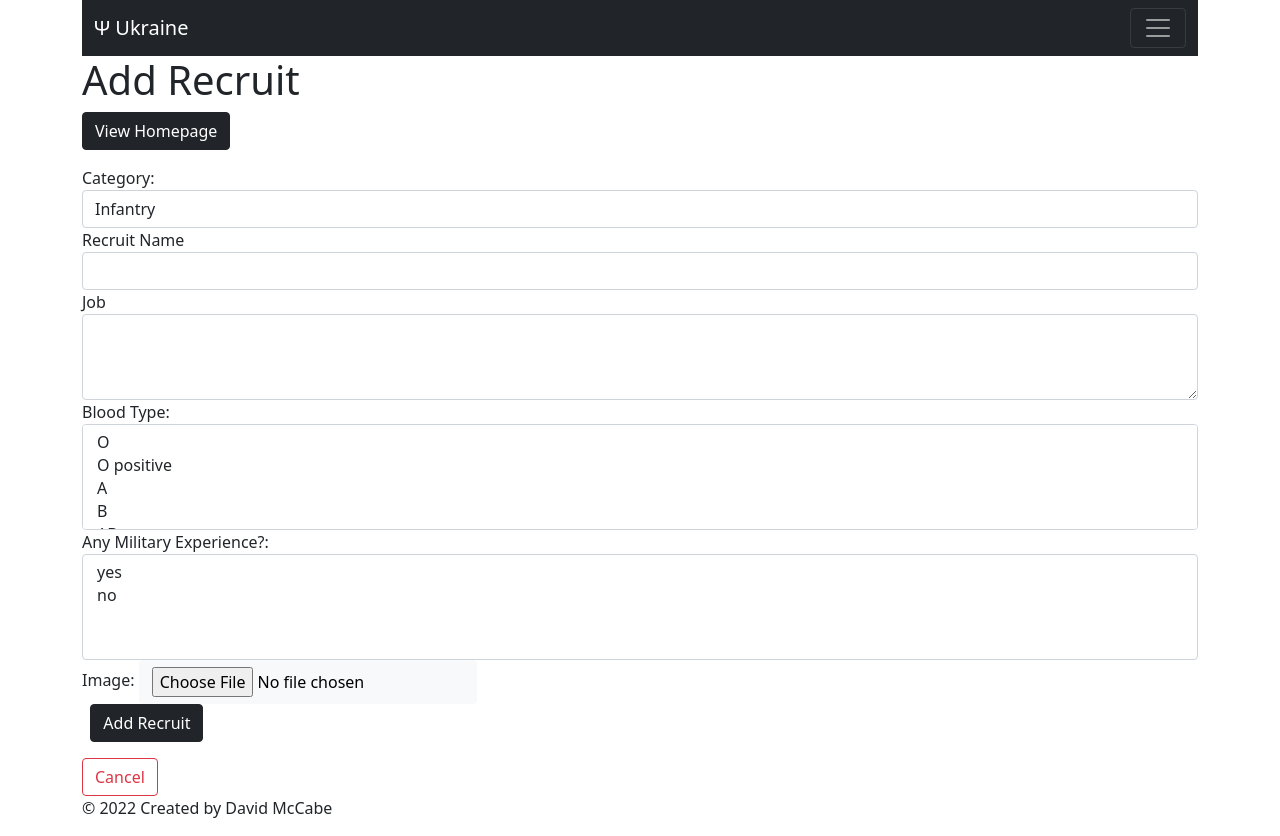
Repository: davidDKIT/ca2-davidmccabe-php
Page: http://localhost/add_record_form.php
An editor plug-in stored every save of this project. The page is shown before and after the next save, followed by the edit.
The browser window is 1280 px wide. The pictures show the whole page.
The page is run by PHP 8.4 with error messages shown; the project is at /var/www/html/. The database holds what the project's SQL file puts in it.

Above is the page before, as saved 2022-03-16 14:19:40.

### add_record_form.php
<?php
require('database.php');
$query = 'SELECT *
          FROM categories
          ORDER BY categoryID';
$statement = $db->prepare($query);
$statement->execute();
$categories = $statement->fetchAll();
$statement->closeCursor();
?>
<!-- the head section -->
<div class="container">
  <?php
  include('includes/header.php');
  ?>
  <h1>Add Recruit</h1>

  <form action="add_record.php" method="post" enctype="multipart/form-data" id="add_record_form">
  <p><a class="btn btn-dark" href="index.php">View Homepage</a></p>
    <div class="form-group">
      <label for="exampleFormControlInput1">Category:</label>
      <select class="form-control" id="exampleFormControlInput1" name="category_id">
        <?php foreach ($categories as $category) : ?>
          <option value="<?php echo $category['categoryID']; ?>">
            <?php echo $category['categoryName']; ?>
          </option>
        <?php endforeach; ?>
      </select>
    </div>
    <div class="form-group">
      <label for="exampleFormControlTextarea1">Recruit Name</label>
      <input class="form-control" id="exampleFormControlTextarea1" name="recruitName" onBlur="recruitName_validation();"><span id="recruitName_err"></span></li>
      <label for="exampleFormControlTextarea1">Job</label>
      <textarea class="form-control" id="exampleFormControlTextarea1" name="job" rows="3"></textarea>
      <label for="exampleFormControlSelect2">Blood Type:</label>
      <select multiple class="form-control" id="exampleFormControlSelect2" name="bloodType">
        <option>O</option>
        <option>O positive</option>
        <option>A</option>
        <option>B</option>
        <option>AB</option>
      </select>
      <label for="exampleFormControlSelect2">Any Military Experience?:</label>
      <select multiple class="form-control" id="exampleFormControlSelect2" name="militaryExp">
        <option>yes</option>
        <option>no</option>
      </select>
      <label>Image:</label>
      <input class="btn btn-light" type="file" name="image" accept="image/*" />
      <br>
    </div>
    <label>&nbsp;</label>
    <input class="btn btn-dark" type="submit" value="Add Recruit">
    <br>
  </form>
  <a href="index.php"> <button class="btn btn-outline-danger">Cancel</button></a>
  <?php
  include('includes/footer.php');
  ?>

### database.php
<?php
    $dsn = 'mysql:host=localhost;dbname=ukraine_signup';
    $username = 'root';
    $password = '';

    try {
        $db = new PDO($dsn, $username, $password);
    } catch (PDOException $e) {
        $error_message = $e->getMessage();
        include('database_error.php');
        exit();
    }
?>

### includes/header.php
<!-- the head section -->
<?php
if (isset($_POST['submit'])) {
  $searchValue = $_POST['search'];
  $con = new mysqli("localhost", "root", "", "ukraine_signup");
  if ($con->connect_error) {
    echo "connection Failed: " . $con->connect_error;
  } else {
    $sql = "SELECT * FROM recruits WHERE recruitName LIKE '%$searchValue%'";

    $result = $con->query($sql);
    while ($row = $result->fetch_assoc()) {
      echo "Recruit found in database: " . $row['recruitName'] . '<br>' . "Their job associated: " . $row['job'] . '<br>' . '<br>';
    }
  }
}
?>

<head>
  <title>Ukraine Sign Up</title>
  <link href="https://cdn.jsdelivr.net/npm/bootstrap@5.1.3/dist/css/bootstrap.min.css" rel="stylesheet" integrity="sha384-1BmE4kWBq78iYhFldvKuhfTAU6auU8tT94WrHftjDbrCEXSU1oBoqyl2QvZ6jIW3" crossorigin="anonymous">
  <!-- Custom styles for this template-->
  <script src="https://cdn.jsdelivr.net/npm/bootstrap@5.1.3/dist/js/bootstrap.bundle.min.js" integrity="sha384-ka7Sk0Gln4gmtz2MlQnikT1wXgYsOg+OMhuP+IlRH9sENBO0LRn5q+8nbTov4+1p" crossorigin="anonymous"></script>

</head>

<!-- the body section -->

<body>
  <nav class="navbar navbar-dark bg-dark">
    <div class="container-fluid">
      <a class="navbar-brand" href="main.php">Ψ Ukraine</a>
      <button class="navbar-toggler" type="button" data-bs-toggle="collapse" data-bs-target="#navbarNavDropdown" aria-controls="navbarNavDropdown" aria-expanded="false" aria-label="Toggle navigation">
        <span class="navbar-toggler-icon"></span>
      </button>
      <div class="collapse navbar-collapse" id="navbarNavDropdown">
        <ul class="navbar-nav">
          <li class="nav-item">
            <a class="nav-link active" aria-current="page" href="index.php">Home</a>
          </li>
          <li class="nav-item">
            <a class="nav-link" href="category_list.php">Manage Categories</a>
          </li>
          <li class="nav-item">
            <a class="nav-link" href="add_record_form.php">Add New Recruit</a>
          </li>


        </ul>
      </div>
    </div>
  </nav>

### includes/footer.php
<footer>
<p>&copy; <?php echo date("Y"); ?> Created by David McCabe</p>
</footer>
</div><!-- close div container -->
</body>
</html>

### data-for-your-database.sql (the tables this page reads)
CREATE TABLE `categories` (
  `categoryID` int(11) NOT NULL AUTO_INCREMENT,
  `categoryName` varchar(255) NOT NULL,
  PRIMARY KEY (categoryID)
) ENGINE=InnoDB DEFAULT CHARSET=utf8;

INSERT INTO `categories` (`categoryID`, `categoryName`) VALUES
(1, 'Infantry'),
(2, 'Airforce'),
(3, 'Tank Crew'),
(4, 'Bombers'),
(5, 'Sniper Team');

ALTER TABLE `categories`
  ADD PRIMARY KEY (`categoryID`);

ALTER TABLE `categories`
  MODIFY `categoryID` int(11) NOT NULL AUTO_INCREMENT, AUTO_INCREMENT=3;

After the next save:
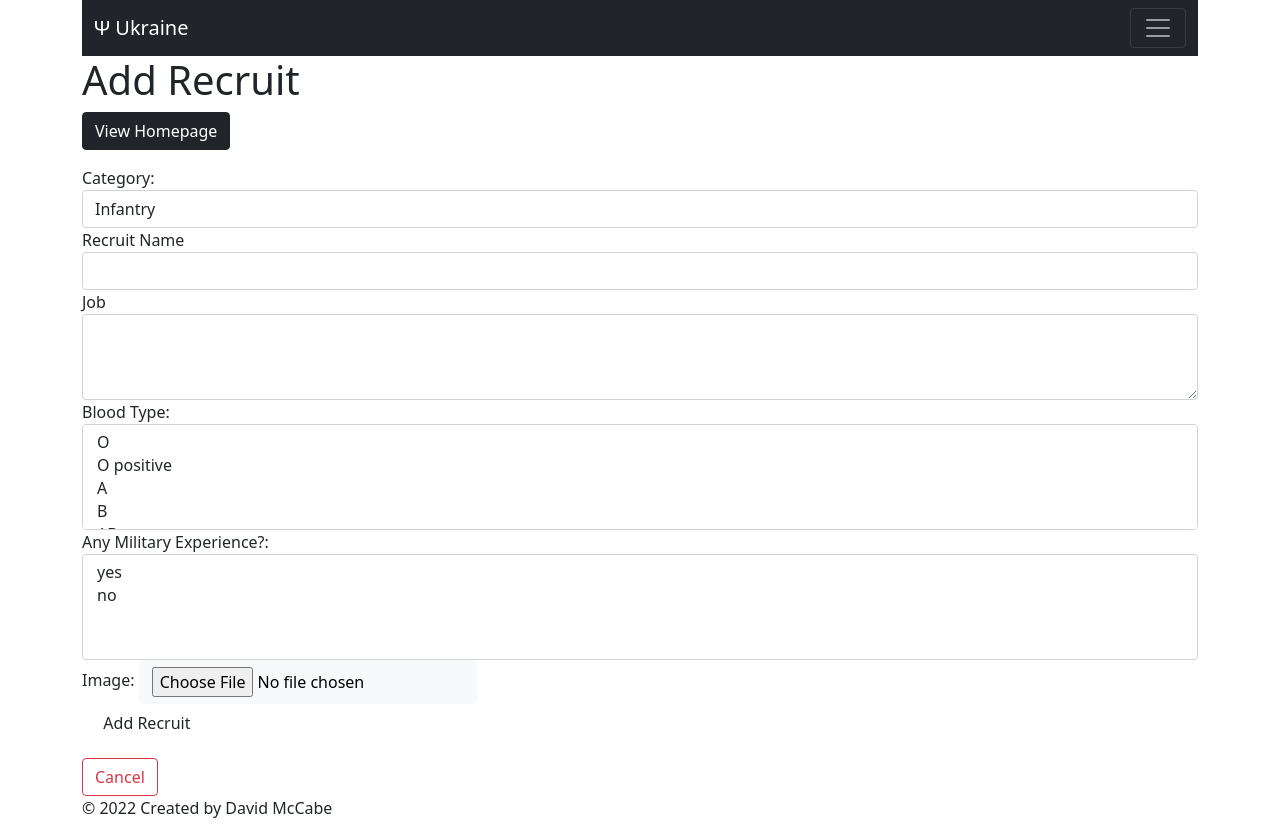
Saved 34 s later.
--- a/add_record_form.php
+++ b/add_record_form.php
@@ -50,7 +50,7 @@
       <br>
     </div>
     <label>&nbsp;</label>
-    <input class="btn btn-dark" type="submit" value="Add Recruit">
+    <input class="btn btn-dark, text-center, align-center" type="submit" value="Add Recruit">
     <br>
   </form>
   <a href="index.php"> <button class="btn btn-outline-danger">Cancel</button></a>

After the 2 saves that followed:
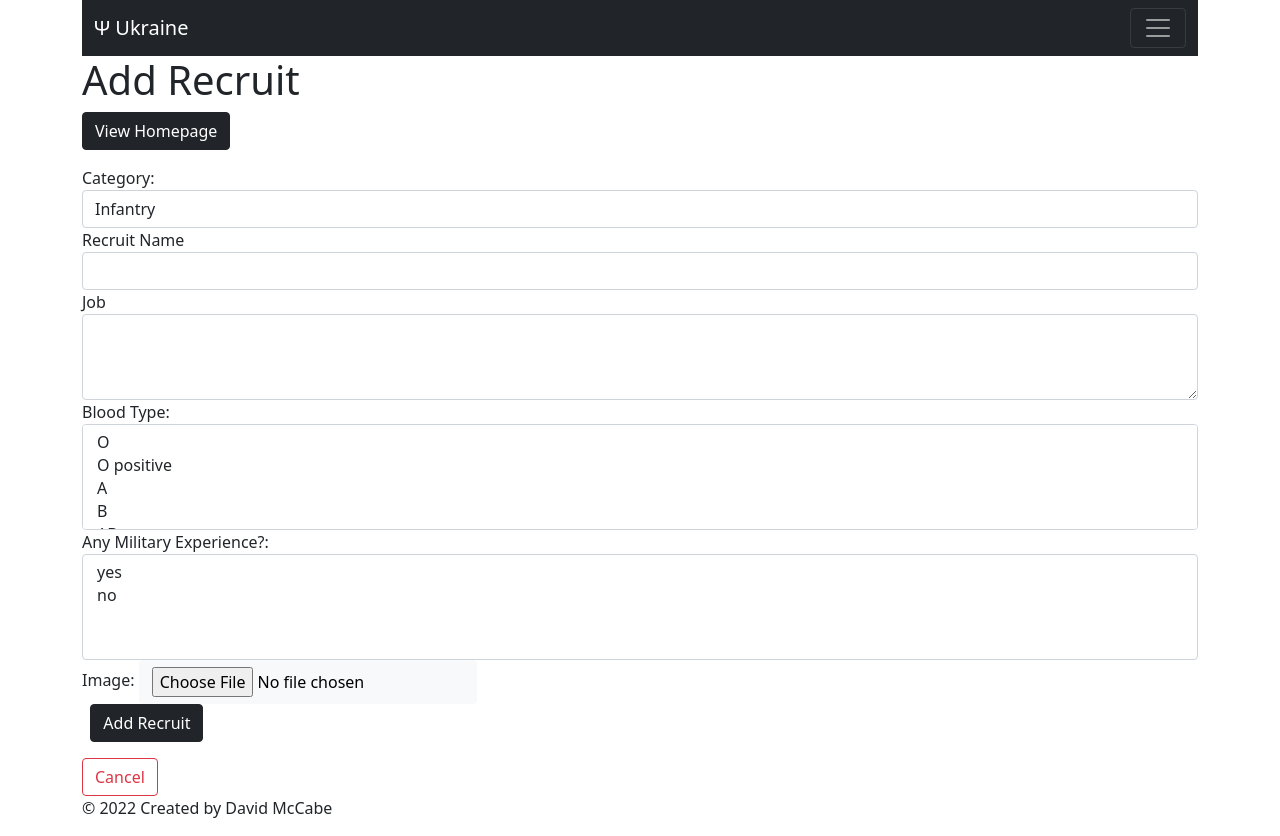
The 2 saves are shown as one change because 1 left the picture as it was.
The last was saved 27 s later.
--- a/add_record_form.php
+++ b/add_record_form.php
@@ -50,7 +50,7 @@
       <br>
     </div>
     <label>&nbsp;</label>
-    <input class="btn btn-dark, text-center, align-center" type="submit" value="Add Recruit">
+    <input class="btn btn-dark" type="submit" value="Add Recruit">
     <br>
   </form>
   <a href="index.php"> <button class="btn btn-outline-danger">Cancel</button></a>
